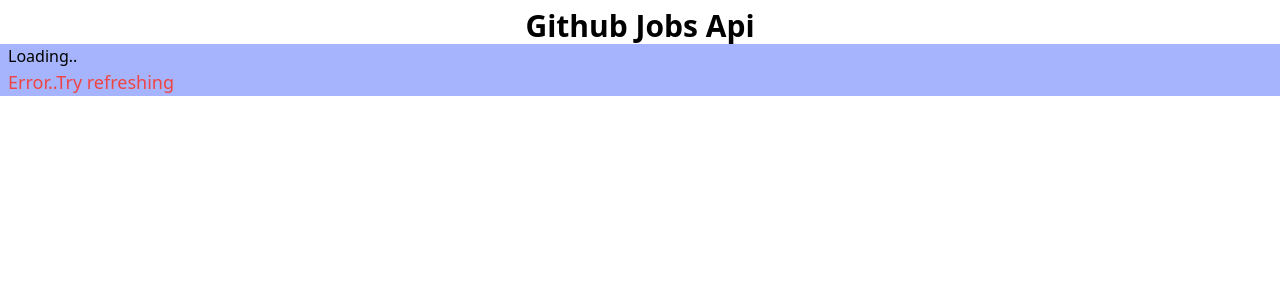
Repository: ShamroOoz/Github-job-api-React-Tailwind
Page: /
These files come from the project's save history. The page is drawn as it stood at one moment and after the next save; the edit follows.
The browser window is 1280 px wide. The pictures show the whole page.
The page's requests for data from a server got no answer. The project was rebuilt for these pictures with package versions that can differ from the ones it lists, and the page was loaded fresh each time. No one was signed in, and anything a server would have sent is missing. Also part of the build but not shown: craco.config.js.

Above is the page before, as saved 2021-03-03 14:41:24.

### src/App.js
import { useFetch } from "./components/Hooks/useFetch";
import { useState } from "react";

function App() {
  const [params, setparam] = useState({});
  const [page, setpage] = useState(1);
  const { jobs, loading, error } = useFetch(params, page);
  return (
    <>
      <div className="coantainer text-center font-bold pt-2 text-3xl ">
        <h3>Github Jobs Api</h3>
      </div>
      <div className="px-2 bg-indigo-300">
        {loading && <div>Loading..</div>}
        {error && (
          <div className="text-lg text-red-500">Error..Try refreshing</div>
        )}
        <div>
          {jobs &&
            jobs.map((job) => (
              <li className="leading-7 text-xl" key={job.id}>
                {job.title}
              </li>
            ))}
        </div>
      </div>
    </>
  );
}

export default App;

### src/components/Hooks/useFetch.js
import { useReducer, useEffect } from "react";
import axios, { CancelToken } from "axios";
import { reducer } from "./Reduce";

const BASE_URL =
  "https://secret-ocean-49799.herokuapp.com/https://jobs.github.com/positions.json";

const initialState = {
  jobs: [],
  loading: false,
  error: false,
};

export const useFetch = (params, page) => {
  const [state, dispatch] = useReducer(reducer, initialState);

  //useeffect hook to get data
  useEffect(() => {
    const cancelToken = CancelToken.source();
    dispatch({ type: "make_request", payload: "" });
    axios
      .get(BASE_URL, {
        cancelToken: cancelToken.token,
        params: {
          markdown: true,
          page: page,
          ...params,
        },
      })
      .then((res) => {
        dispatch({ type: "get_data", payload: res.data });
        console.log(res.data);
      })
      .catch((err) => {
        if (axios.isCancel(err)) return;
        dispatch({ type: "error", payload: err });
      });
    //clean up
    return () => {
      cancelToken.cancel();
    };
  }, [page, params]);

  return state;
};

### src/components/Hooks/Reduce.js
const ACTIONS = {
  MAKE_REQUEST: "make_request",
  GET_DATA: "get_data",
  ERROR: "error",
};

export const reducer = (state, action) => {
  switch (action.type) {
    case ACTIONS.MAKE_REQUEST:
      return { ...state, loading: true };
    case ACTIONS.GET_DATA:
      return {
        ...state,
        loading: false,
        jobs: action.payload,
      };
    case ACTIONS.ERROR:
      return { ...state, error: true };
    default:
      return state;
  }
};

Loaded but not shown: public/index.html (common file); src/index.js (common file); src/index.css (common file); tailwind.config.js (common file)

After the next save:
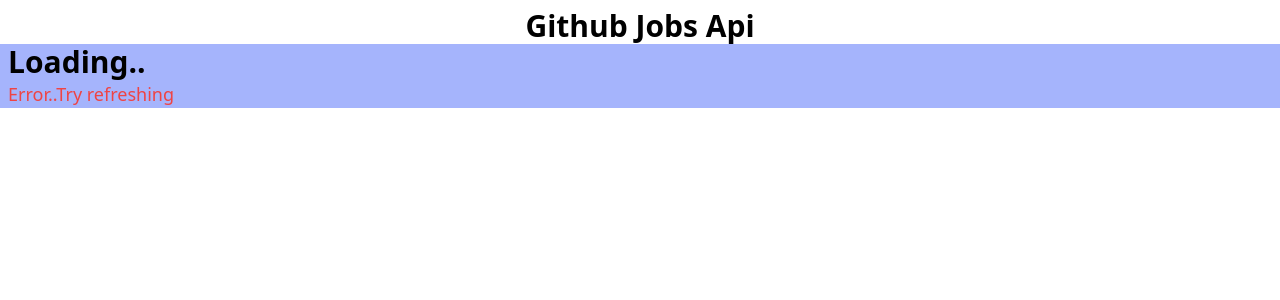
Saved 30 s later.
--- a/src/App.js
+++ b/src/App.js
@@ -11,7 +11,7 @@
         <h3>Github Jobs Api</h3>
       </div>
       <div className="px-2 bg-indigo-300">
-        {loading && <div>Loading..</div>}
+        {loading && <div className="text-3xl font-bold">Loading..</div>}
         {error && (
           <div className="text-lg text-red-500">Error..Try refreshing</div>
         )}
